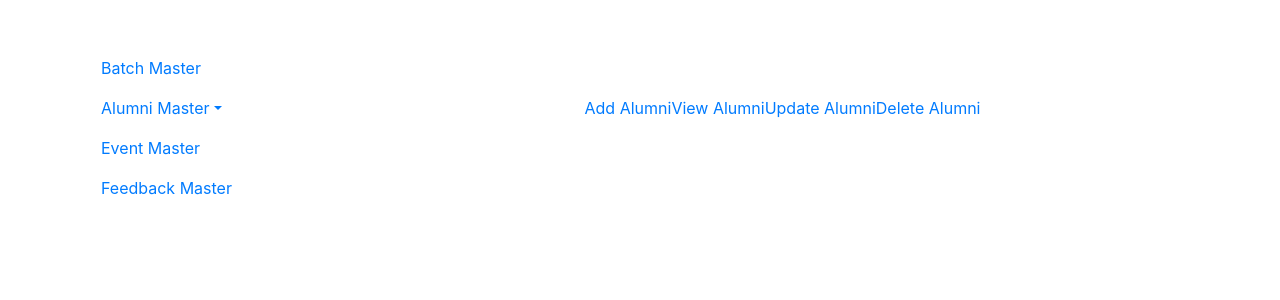
Repository: Shreyash1107/Web_Projects
Page: http://localhost/AlumnieventmanagementApplication/Alumnimaster.jsp
An editor plug-in stored every save of this project. The page is shown before and after the next save, followed by the edit.
The browser window is 1280 px wide. The pictures show the whole page.
The page is served by Tomcat 9. Nobody is signed in. The application's start-up code is not run. Other server files are loaded and not shown.

Above is the page before, as saved 2024-07-28 07:15:40.

### AlumnieventmanagementApplication/src/main/webapp/Alumnimaster.jsp
<%@ page language="java" contentType="text/html; charset=ISO-8859-1"
    pageEncoding="ISO-8859-1"%>
<!DOCTYPE html>
<html>
<head>
<meta charset="ISO-8859-1">
<title>Alumni Module</title>
<link rel="stylesheet"
    href="https://cdn.jsdelivr.net/npm/bootstrap@4.0.0/dist/css/bootstrap.min.css"
    integrity="sha384-Gn5384xqQ1aoWXA+058RXPxPg6fy4IWvTNh0E263XmFcJlSAwiGgFAW/dAiS6JXm"
    crossorigin="anonymous">
<style>
    .dropdown-menu {
        display: none;
    }
    .dropdown:hover .dropdown-menu {
        display: block;
        margin-top: 0; /* Remove margin so that it aligns with the parent menu item */
    }
</style>
</head>
<body>
    <div class="container mt-5">
        <div class="row">
            <div class="col-md-3">
                <div class="nav flex-column nav-pills menubar" id="v-pills-tab"
                    role="tablist" aria-orientation="vertical">
                    <a class="nav-link" id="v-pills-home-tab" data-toggle="pill"
                        href="index.jsp" role="tab" aria-controls="v-pills-home"
                        aria-selected="true">Batch Master</a>
                    <div class="nav-item dropdown">
                        <a class="nav-link dropdown-toggle" id="v-pills-alumni-tab" data-toggle="dropdown" href="#" role="button" aria-haspopup="true" aria-expanded="false">Alumni Master</a>
                    </div>
                    <a class="nav-link" id="v-pills-messages-tab" data-toggle="pill"
                        href="#v-pills-messages" role="tab"
                        aria-controls="v-pills-messages" aria-selected="false">Event
                        Master</a>
                    <a class="nav-link" id="v-pills-settings-tab"
                        data-toggle="pill" href="#v-pills-settings" role="tab"
                        aria-controls="v-pills-settings" aria-selected="false">Feedback
                        Master</a>
                </div>
            </div>
            <div class="col-md-9 content">
                <div class="tab-content" id="v-pills-tabContent">
                    <div class="tab-pane fade show active" id="v-pills-home"
                        role="tabpanel" aria-labelledby="v-pills-home-tab">
                        <div class="form-container mt-5">
                            <div class="form-group d-flex justify-content-center link-group">
                                <a href='#'>Add Alumni</a>
                                <a href='#'>View Alumni</a>
                                <a href='#'>Update Alumni</a>
                                <a href='#'>Delete Alumni</a>
                            </div>
                        </div>
                    </div>
                    <div class="tab-pane fade" id="v-pills-profile" role="tabpanel"
                        aria-labelledby="v-pills-profile-tab"></div>
                    <div class="tab-pane fade" id="v-pills-messages" role="tabpanel"
                        aria-labelledby="v-pills-messages-tab"></div>
                    <div class="tab-pane fade" id="v-pills-settings" role="tabpanel"
                        aria-labelledby="v-pills-settings-tab"></div>
                </div>
            </div>
        </div>
    </div>
</body>
</html>

After the next save:
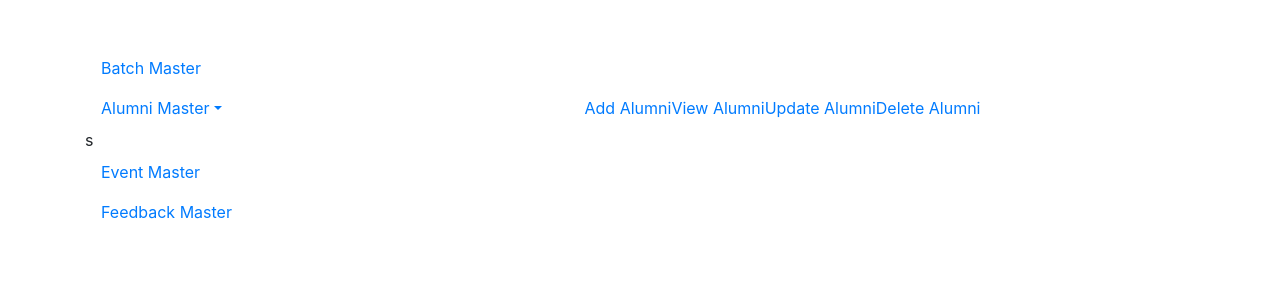
Saved 4 s later.
--- a/AlumnieventmanagementApplication/src/main/webapp/Alumnimaster.jsp
+++ b/AlumnieventmanagementApplication/src/main/webapp/Alumnimaster.jsp
@@ -30,6 +30,12 @@
                         aria-selected="true">Batch Master</a>
                     <div class="nav-item dropdown">
                         <a class="nav-link dropdown-toggle" id="v-pills-alumni-tab" data-toggle="dropdown" href="#" role="button" aria-haspopup="true" aria-expanded="false">Alumni Master</a>
+                        <div class="dropdown-menu" aria-labelledby="v-pills-alumni-tab">
+                            <a class="dropdown-item" href="#">Add Alumni</a>
+                            <a class="dropdown-item" href="#">View Alumni</a>
+                            <a class="dropdown-item" href="#">Update Alumni</a>
+                            <a class="dropdown-item" href="#">Delete Alumni</a>
+                        </div>s
                     </div>
                     <a class="nav-link" id="v-pills-messages-tab" data-toggle="pill"
                         href="#v-pills-messages" role="tab"

After the save that followed:
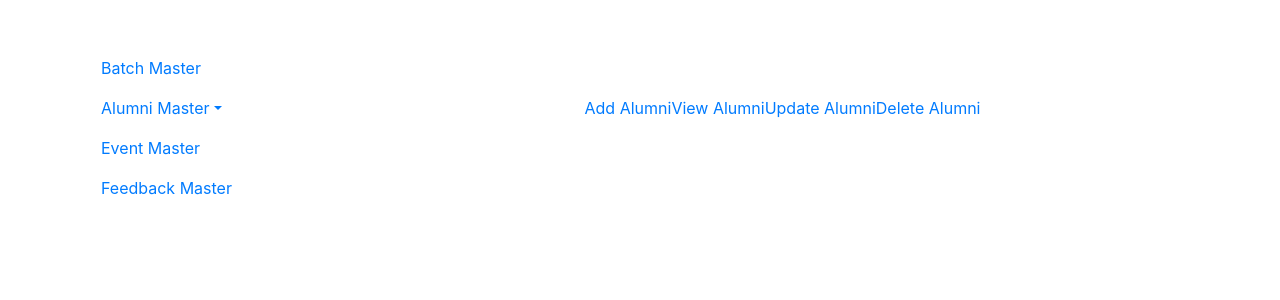
Saved 2 min 34 s later.
--- a/AlumnieventmanagementApplication/src/main/webapp/Alumnimaster.jsp
+++ b/AlumnieventmanagementApplication/src/main/webapp/Alumnimaster.jsp
@@ -35,7 +35,7 @@
                             <a class="dropdown-item" href="#">View Alumni</a>
                             <a class="dropdown-item" href="#">Update Alumni</a>
                             <a class="dropdown-item" href="#">Delete Alumni</a>
-                        </div>s
+                        </div>
                     </div>
                     <a class="nav-link" id="v-pills-messages-tab" data-toggle="pill"
                         href="#v-pills-messages" role="tab"
